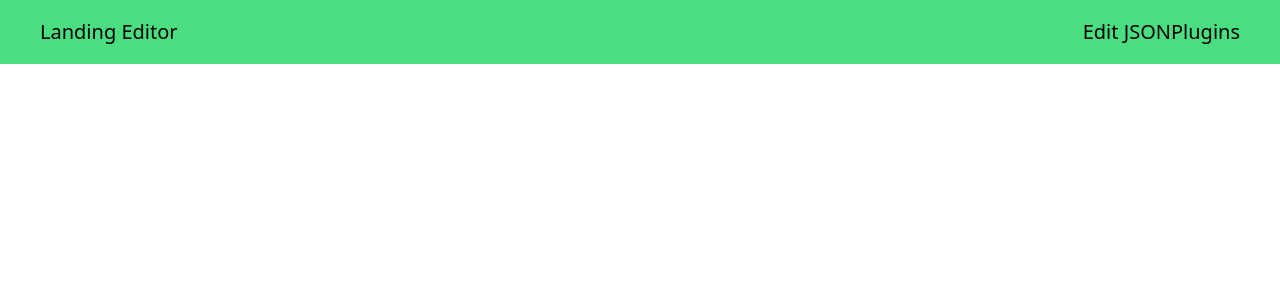
Repository: ShumilovMikhail/plugins-app
Page: / (app in app/frontend/)
These files come from the project's save history. The page is drawn as it stood at one moment and after the next save; the edit follows.
The browser window is 1280 px wide. The pictures show the whole page.
The project was rebuilt for these pictures with package versions that can differ from the ones it lists, and the page was loaded fresh each time. Also part of the build but not shown: app/frontend/angular.json.

Above is the page before, as saved 2024-05-13 07:28:32.

### app/frontend/src/app/app.component.ts
import { Component } from '@angular/core';
import { RouterOutlet } from '@angular/router';
import { HeaderComponent } from './layout/header/header.component';

@Component({
  selector: 'app-root',
  standalone: true,
  imports: [RouterOutlet, HeaderComponent],
  templateUrl: './app.component.html',
})
export class AppComponent {
}

### app/frontend/src/app/layout/header/header.component.ts
import { Component, inject } from '@angular/core';
import { HeaderService } from '../../services/header.service';
import { RouterLink } from '@angular/router';

@Component({
  selector: 'app-header',
  standalone: true,
  imports: [RouterLink],
  templateUrl: './header.component.html',
})
export class HeaderComponent {
  protected readonly headerService = inject(HeaderService);
};

### app/frontend/src/app/layout/header/header.component.html
<div class="h-16 px-10 w-full bg-green-400 flex items-center justify-between">
  <span class="text-xl flex-1">{{headerService.pageName()}}</span>
  <div>
    <a class="text-xl" routerLink="/editor/json">Edit JSON</a>
    <a class="text-xl" routerLink="/store">Plugins</a>
  </div>
</div>

### app/frontend/src/app/services/header.service.ts
import { Injectable, signal } from "@angular/core";

@Injectable({
  providedIn: 'root'
})
export class HeaderService {
  pageName = signal('Landing Editor');
};

Loaded but not shown: app/frontend/src/index.html (common file); app/frontend/src/styles.scss (common file); app/frontend/src/main.ts (common file); app/frontend/src/app/app.config.ts (common file); app/frontend/src/app/app.routes.ts (common file); app/frontend/src/app/app.component.html (common file); app/frontend/tailwind.config.js (common file)

After the next save:
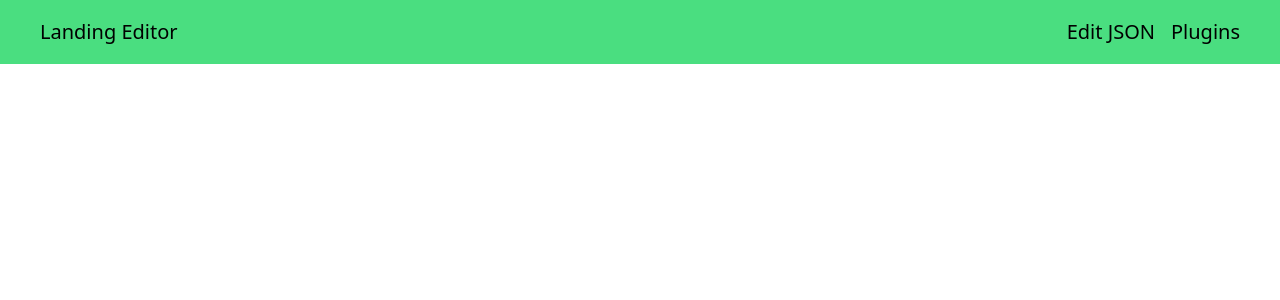
Saved 23 s later.
--- a/app/frontend/src/app/layout/header/header.component.html
+++ b/app/frontend/src/app/layout/header/header.component.html
@@ -1,6 +1,6 @@
 <div class="h-16 px-10 w-full bg-green-400 flex items-center justify-between">
   <span class="text-xl flex-1">{{headerService.pageName()}}</span>
-  <div>
+  <div class="flex gap-4">
     <a class="text-xl" routerLink="/editor/json">Edit JSON</a>
     <a class="text-xl" routerLink="/store">Plugins</a>
   </div>
